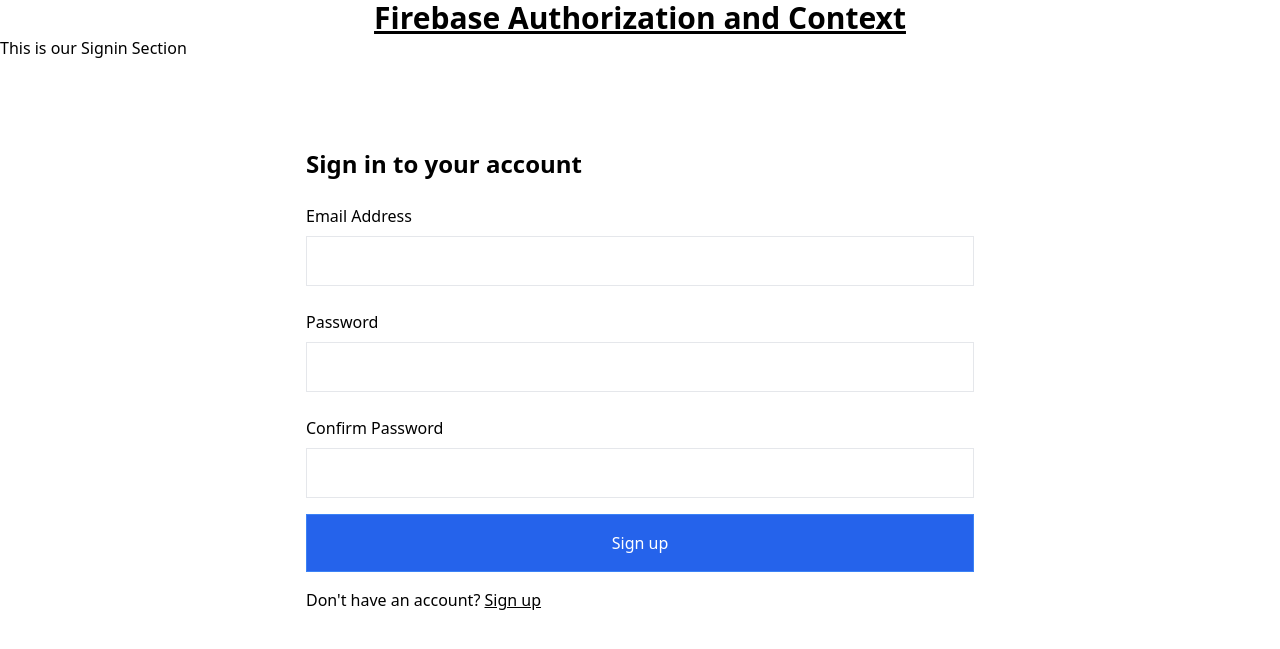
Repository: mottad14/practice_google_firebase
Page: /
The author's editor kept a copy of each file at every save. The page is drawn from the files as they stood at one save, then again after the next save.
The browser window is 1280 px wide. The pictures show the whole page.
The project was rebuilt for these pictures with package versions that can differ from the ones it lists, and the page was loaded fresh each time. Also part of the build but not shown: src/components/Signup.jsx, src/components/Account.jsx.

Above is the page before, as saved 2022-07-27 09:33:23.

After the next save:
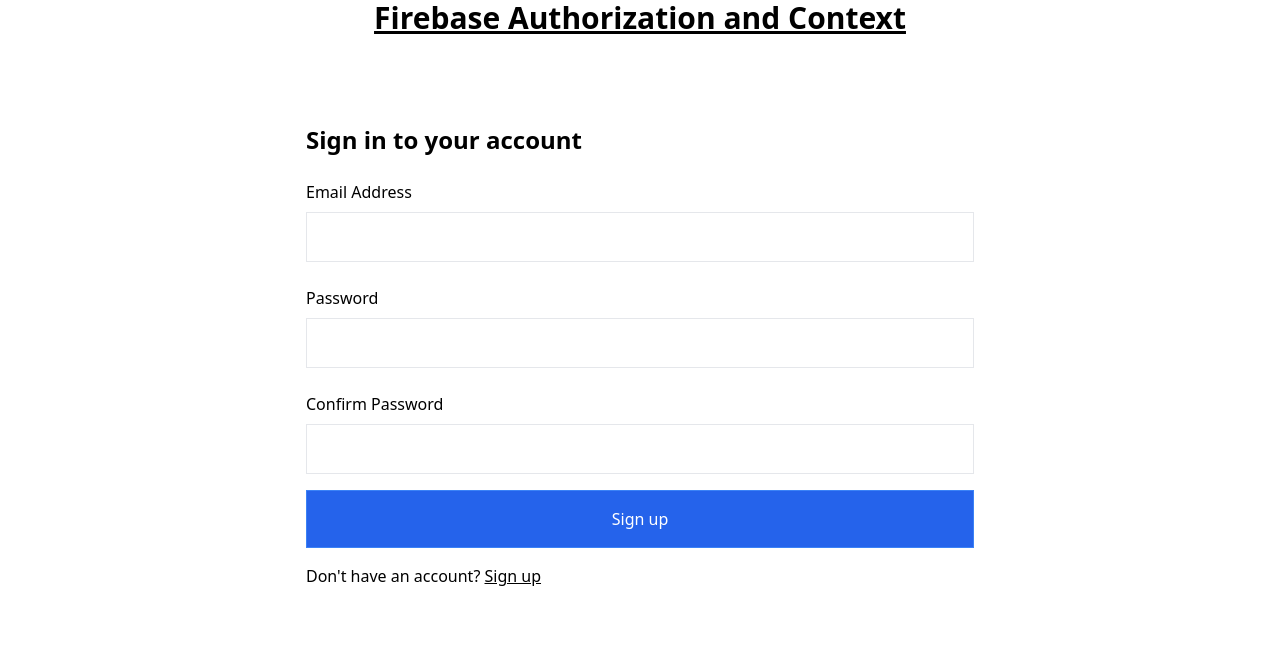
Saved 5 s later.
--- a/src/components/Signin.jsx
+++ b/src/components/Signin.jsx
@@ -4,7 +4,6 @@
 const Signin = () => {
   return (
     <div>
-      This is our Signin Section
       <div className='max-w-[700px] mx-auto my-16 p-4 '>
 
           <div>
